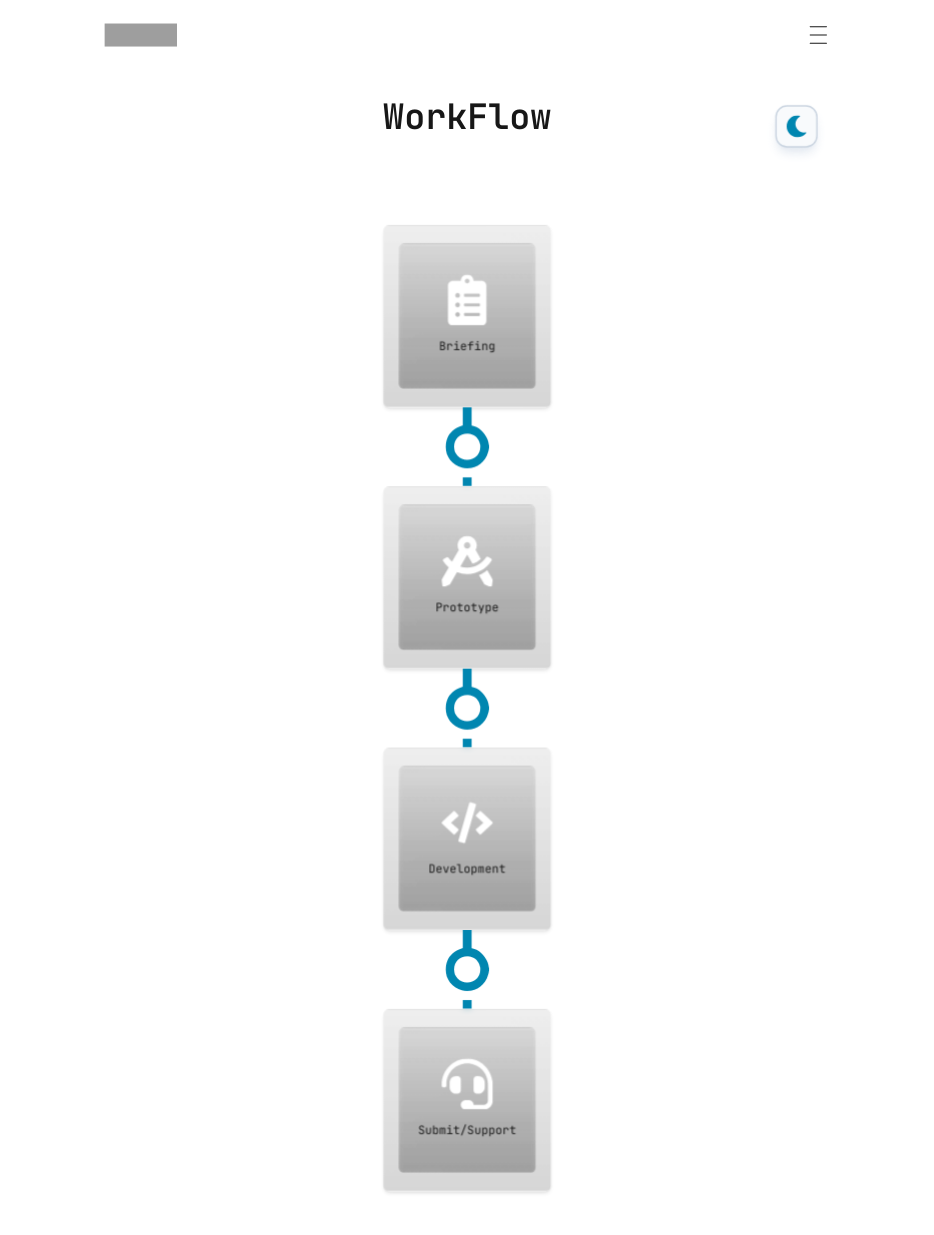
Repository: sergioscker/sergio-portfolio
Page: /services
The author's editor kept a copy of each file at every save. The page is drawn from the files as they stood at one save, then again after the next save.
The browser window is 1280 px wide. The pictures show the whole page, at 73% of full size.
Pictures or frames that could not be fetched are drawn as grey boxes. The project was rebuilt for these pictures with package versions that can differ from the ones it lists, and the page was loaded fresh each time. The framework's server and built-in components were replaced by stand-ins that run in the browser. Also part of the build but not shown: next.config.mjs.

Above is the page before, as saved 2025-05-19 14:35:35.

After the next save:
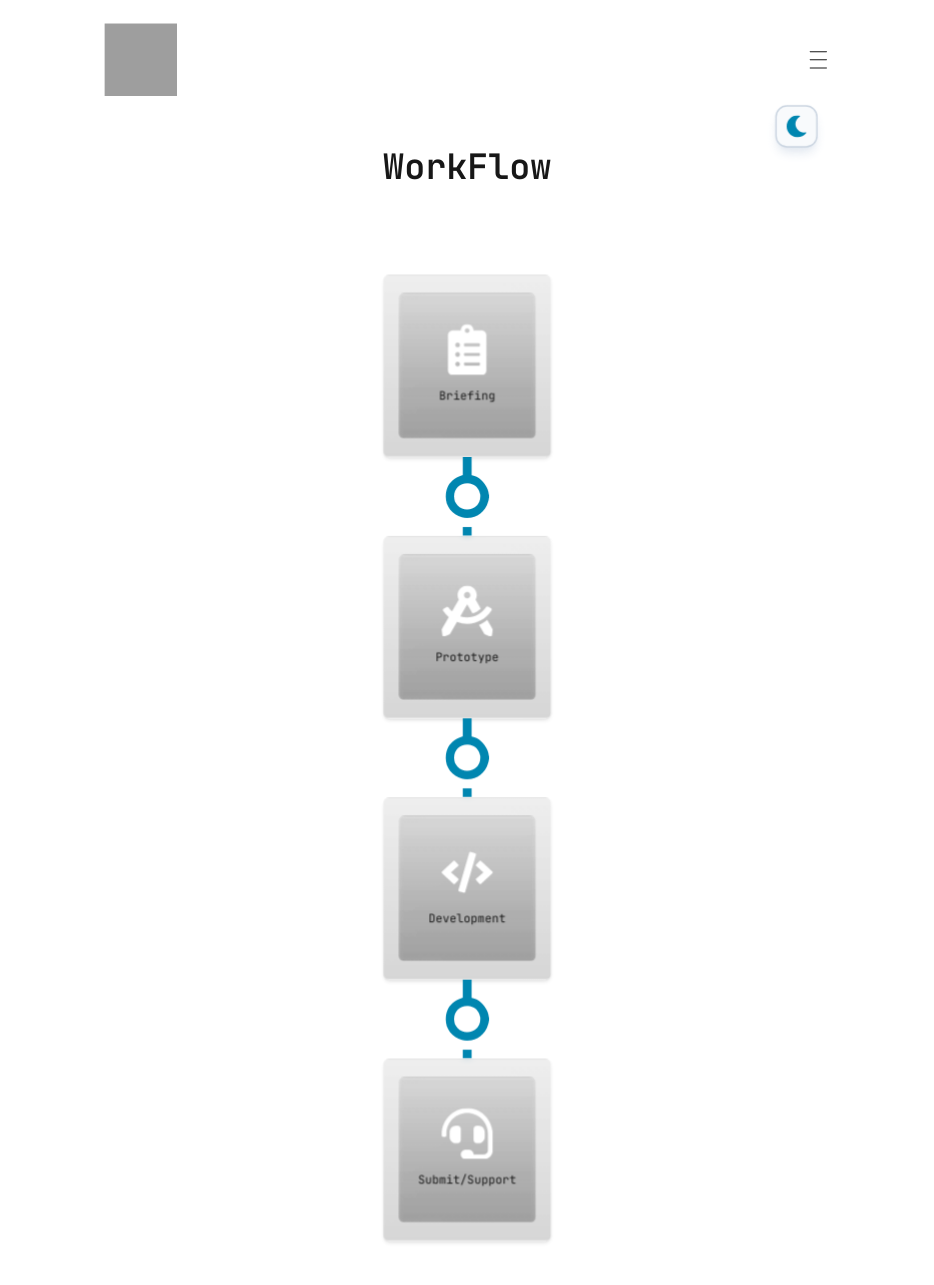
Saved 5 s later.
--- a/components/Header.jsx
+++ b/components/Header.jsx
@@ -14,7 +14,7 @@ export const Header = () => {
         <Link href="/">
           <Image
             src="/icon.png"
-            className='h-8 w-[100px]'
+            className='h-[100px] w-[100px]'
             alt="icon"
             priority
             quality={100}
